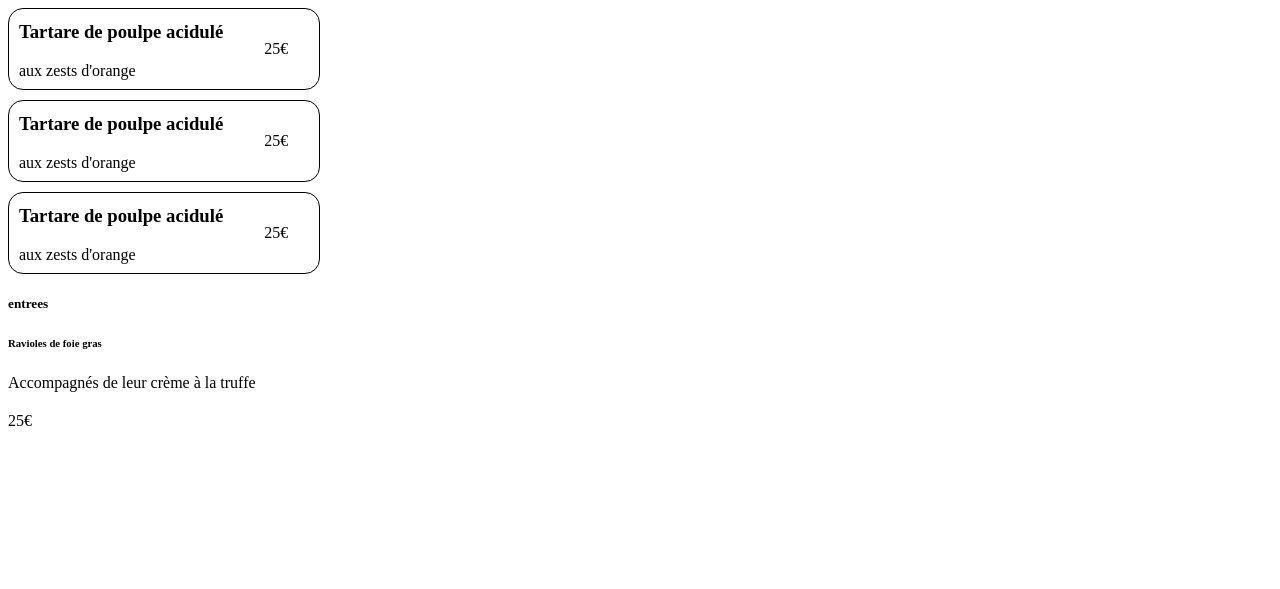
Repository: lysianebo/OHMYFOOD
Page: sass/layout/perso/snipped.html
An editor plug-in stored every save of this project. The page is shown before and after the next save, followed by the edit.
The browser window is 1280 px wide. The pictures show the whole page.

Above is the page before, as saved 2022-11-16 04:06:36.

After the next save:
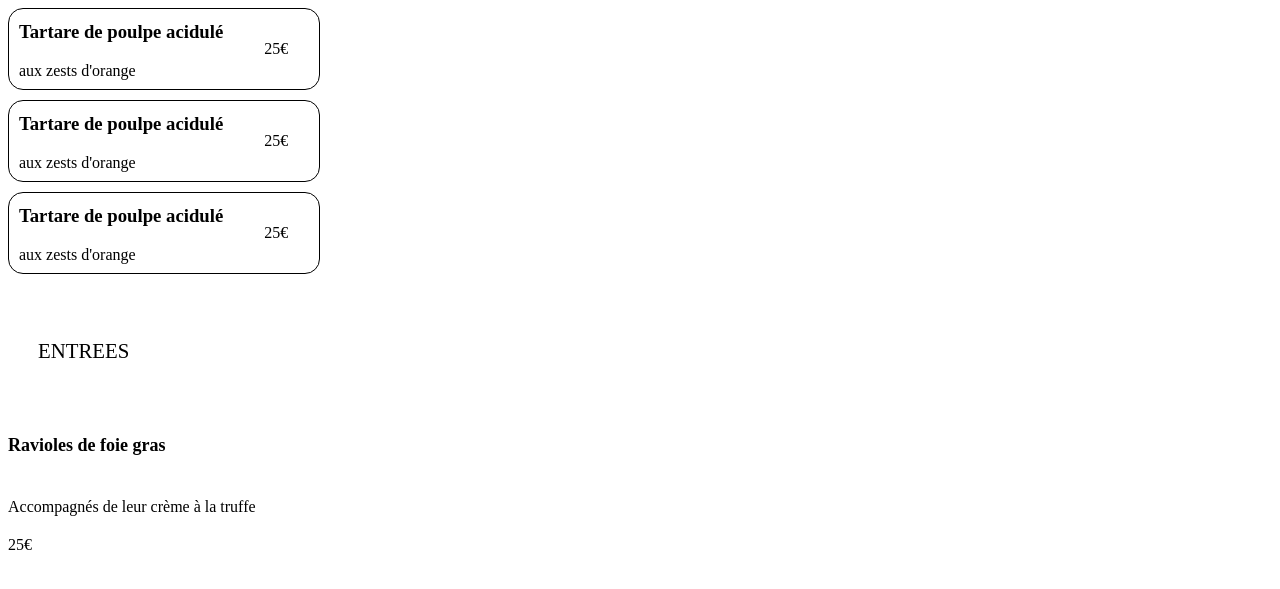
Saved 3 min 3 s later.
--- a/sass/layout/perso/snipped.css
+++ b/sass/layout/perso/snipped.css
@@ -84,3 +84,15 @@
     width: 180px;
   }
 /* ***************typography   */
+
+h5 {
+    text-transform: uppercase;
+    font-size: 130%;
+    font-weight: 100;
+    padding: 30px;
+}
+h6{
+    font-size: 18px;
+    font-weight: 700;
+
+}
